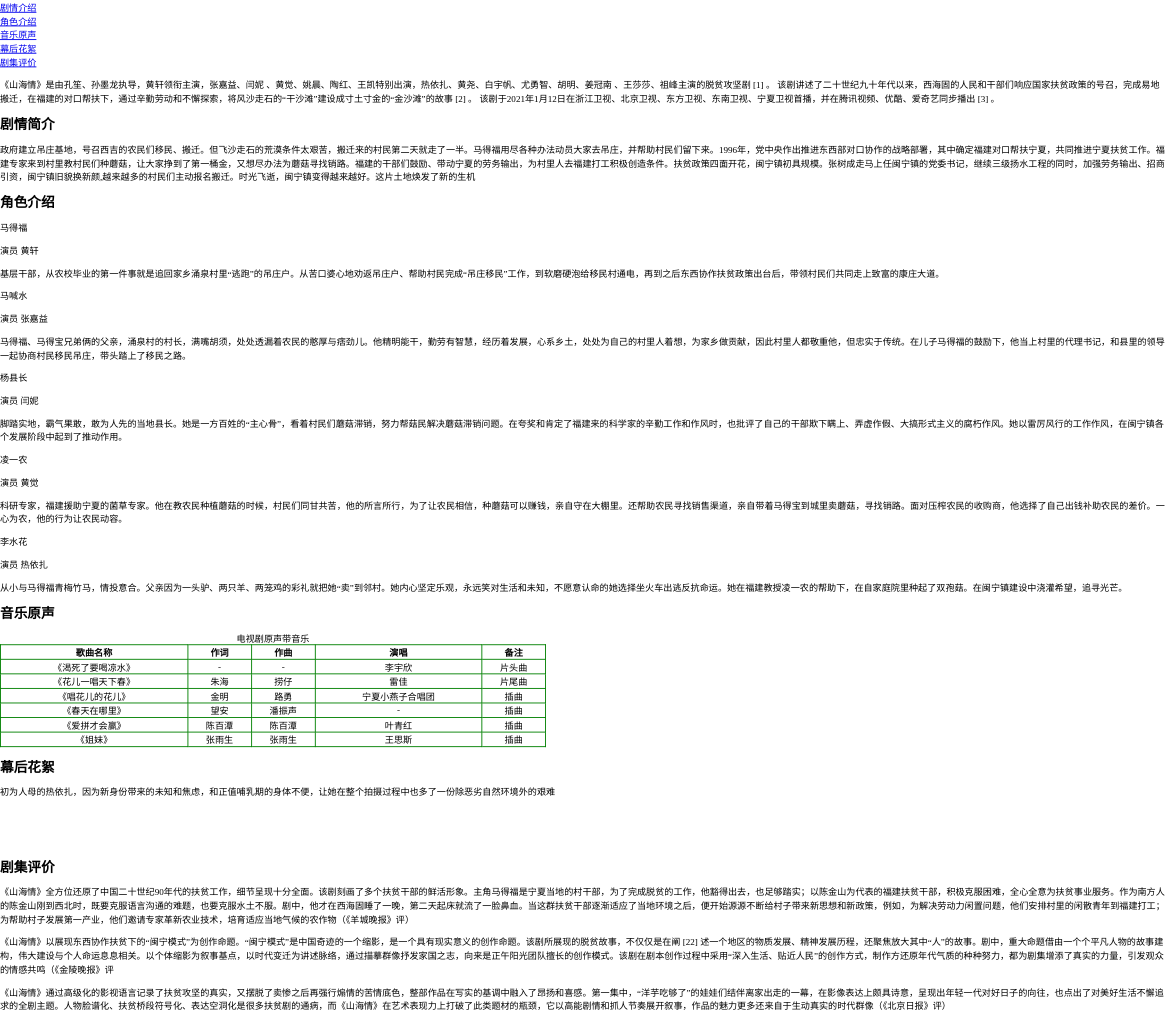
Repository: Lixianlai-2/static-website
Page: index.html
The author's editor kept a copy of each file at every save. The page is drawn from the files as they stood at one save, then again after the next save.
The browser window is 1280 px wide. The pictures show the whole page, at 91% of full size.

Above is the page before, as saved 2021-11-30 20:42:21.

### index.html
<!DOCTYPE html>
<html lang="zh-CN">
  <head>
    <meta charset="UTF-8" />
    <meta http-equiv="X-UA-Compatible" content="IE=edge" />
    <meta
      name="viewport"
      content="width=device-width, initial-scale=1.0"
      content="ie=edge"
    />
    <title>山海情</title>

    <style>
      * {
        margin: 0;
        padding: 0;
        box-sizing: border-box;
      }

      body {
        font-size: 10px;
      }
      h2,
      div,
      p {
        margin: 10px 0;
      }

      img {
        max-width: 100%;
      }

      table {
        text-align: center;
        max-width: 100%;
        width: 600px;
        table-layout: auto;
        border-collapse: collapse;
        border-spacing: 0;
      }

      th,
      td {
        border: 1px solid green;
      }
    </style>
  </head>
  <body>
    <nav>
      <ol>
        <li><a href="#Plot">剧情介绍</a></li>
        <li><a href="#Role">角色介绍</a></li>
        <li><a href="#Music">音乐原声</a></li>
        <li><a href="#Tidbits">幕后花絮</a></li>
        <li><a href="#Evaluation">剧集评价</a></li>
      </ol>
    </nav>

    <p>
      《山海情》是由孔笙、孙墨龙执导，黄轩领衔主演，张嘉益、闫妮
      、黄觉、姚晨、陶红、王凯特别出演，热依扎、黄尧、白宇帆、尤勇智、胡明、姜冠南
      、王莎莎、祖峰主演的脱贫攻坚剧 [1] 。
      该剧讲述了二十世纪九十年代以来，西海固的人民和干部们响应国家扶贫政策的号召，完成易地搬迁，在福建的对口帮扶下，通过辛勤劳动和不懈探索，将风沙走石的“干沙滩”建设成寸土寸金的“金沙滩”的故事
      [2] 。
      该剧于2021年1月12日在浙江卫视、北京卫视、东方卫视、东南卫视、宁夏卫视首播，并在腾讯视频、优酷、爱奇艺同步播出
      [3] 。
    </p>

    <h2 id="Plot">剧情简介</h2>
    <p>
      政府建立吊庄基地，号召西吉的农民们移民、搬迁。但飞沙走石的荒漠条件太艰苦，搬迁来的村民第二天就走了一半。马得福用尽各种办法动员大家去吊庄，并帮助村民们留下来。1996年，党中央作出推进东西部对口协作的战略部署，其中确定福建对口帮扶宁夏，共同推进宁夏扶贫工作。福建专家来到村里教村民们种蘑菇，让大家挣到了第一桶金，又想尽办法为蘑菇寻找销路。福建的干部们鼓励、带动宁夏的劳务输出，为村里人去福建打工积极创造条件。扶贫政策四面开花，闽宁镇初具规模。张树成走马上任闽宁镇的党委书记，继续三级扬水工程的同时，加强劳务输出、招商引资，闽宁镇旧貌换新颜,越来越多的村民们主动报名搬迁。时光飞逝，闽宁镇变得越来越好。这片土地焕发了新的生机
    </p>

    <h2 id="Role">角色介绍</h2>

    <ul>
      <li>
        <dl>
          <dt>
            <!-- div.role-name>span.item-value+div.role-actor>span.item-key+span.item-value -->
            <div class="role-name">
              <span class="item-value">马得福</span>
              <div class="role-actor">
                <span class="item-key">演员</span>
                <span class="item-value">黄轩</span>
              </div>
            </div>
          </dt>
          <dl>
            <p>
              基层干部，从农校毕业的第一件事就是追回家乡涌泉村里“逃跑”的吊庄户。从苦口婆心地劝返吊庄户、帮助村民完成“吊庄移民”工作，到软磨硬泡给移民村通电，再到之后东西协作扶贫政策出台后，带领村民们共同走上致富的康庄大道。
            </p>
          </dl>
        </dl>
      </li>
      <li>
        <dl>
          <dt>
            <div class="role-name">
              <span class="item-value">马喊水</span>
              <div class="role-actor">
                <span class="item-key">演员</span
                ><span class="item-value"> 张嘉益</span>
                <dl>
                  <p>
                    马得福、马得宝兄弟俩的父亲，涌泉村的村长，满嘴胡须，处处透漏着农民的憨厚与痞劲儿。他精明能干，勤劳有智慧，经历着发展，心系乡土，处处为自己的村里人着想，为家乡做贡献，因此村里人都敬重他，但忠实于传统。在儿子马得福的鼓励下，他当上村里的代理书记，和县里的领导一起协商村民移民吊庄，带头踏上了移民之路。
                  </p>
                </dl>
              </div>
            </div>
          </dt>
        </dl>
      </li>
      <li>
        <dl>
          <dt>
            <div class="role-name">
              <span class="item-value">杨县长</span>
              <div class="role-actor">
                <span class="item-key">演员</span>
                <span class="item-value">闫妮</span>
                <dl>
                  <p>
                    脚踏实地，霸气果敢，敢为人先的当地县长。她是一方百姓的“主心骨”，看着村民们蘑菇滞销，努力帮菇民解决蘑菇滞销问题。在夸奖和肯定了福建来的科学家的辛勤工作和作风时，也批评了自己的干部欺下瞒上、弄虚作假、大搞形式主义的腐朽作风。她以雷厉风行的工作作风，在闽宁镇各个发展阶段中起到了推动作用。
                  </p>
                </dl>
              </div>
            </div>
          </dt>
        </dl>
      </li>
      <li>
        <dl>
          <dt>
            <div class="role-name">
              <span class="item-value">凌一农</span>
              <div class="role-actor">
                <span class="item-key">演员</span>
                <span class="item-value">黄觉</span>
                <dl>
                  <p>
                    科研专家，福建援助宁夏的菌草专家。他在教农民种植蘑菇的时候，村民们同甘共苦，他的所言所行，为了让农民相信，种蘑菇可以赚钱，亲自守在大棚里。还帮助农民寻找销售渠道，亲自带着马得宝到城里卖蘑菇，寻找销路。面对压榨农民的收购商，他选择了自己出钱补助农民的差价。一心为农，他的行为让农民动容。
                  </p>
                </dl>
              </div>
            </div>
          </dt>
        </dl>
      </li>
      <li>
        <dl>
          <dt>
            <div class="role-name">
              <span class="item-value">李水花</span>
              <div class="role-actor">
                <span class="item-key">演员</span>
                <span class="item-value">热依扎</span>
                <dl>
                  <p>
                    从小与马得福青梅竹马，情投意合。父亲因为一头驴、两只羊、两笼鸡的彩礼就把她“卖”到邻村。她内心坚定乐观，永远笑对生活和未知，不愿意认命的她选择坐火车出逃反抗命运。她在福建教授凌一农的帮助下，在自家庭院里种起了双孢菇。在闽宁镇建设中浇灌希望，追寻光芒。
                  </p>
                </dl>
              </div>
            </div>
          </dt>
        </dl>
      </li>
    </ul>

    <!-- ul>(li>dl>dt>div.role-name>span.item-value+div.role-actor>span.item-key+span.item-value+dl)*5 -->
    <!-- div.role-name>span.item-value+div.role-actor>span.item-key+span.item-value -->

    <h2 id="Music">音乐原声</h2>
    <table>
      <caption>
        电视剧原声带音乐
      </caption>
      <thead>
        <tr>
          <th>歌曲名称</th>
          <th>作词</th>
          <th>作曲</th>
          <th>演唱</th>
          <th>备注</th>
        </tr>
      </thead>
      <tbody>
        <tr>
          <td>《渴死了要喝凉水》</td>
          <td>-</td>
          <td>-</td>
          <td>李宇欣</td>
          <td>片头曲</td>
        </tr>
        <tr>
          <td>《花儿一唱天下春》</td>
          <td>朱海</td>
          <td>捞仔</td>
          <td>雷佳</td>
          <td>片尾曲</td>
        </tr>
        <tr>
          <td>《唱花儿的花儿》</td>
          <td>金明</td>
          <td>路勇</td>
          <td>宁夏小燕子合唱团</td>
          <td>插曲</td>
        </tr>
        <tr>
          <td>《春天在哪里》</td>
          <td>望安</td>
          <td>潘振声</td>
          <td>-</td>
          <td>插曲</td>
        </tr>
        <tr>
          <td>《爱拼才会赢》</td>
          <td>陈百潭</td>
          <td>陈百潭</td>
          <td>叶青红</td>
          <td>插曲</td>
        </tr>
        <tr>
          <td>《姐妹》</td>
          <td>张雨生</td>
          <td>张雨生</td>
          <td>王思斯</td>
          <td>插曲</td>
        </tr>
      </tbody>
      <tfoot></tfoot>
    </table>

    <h2 id="Tidbits">幕后花絮</h2>
    <ul>
      <li>
        <p>
          初为人母的热依扎，因为新身份带来的未知和焦虑，和正值哺乳期的身体不便，让她在整个拍摄过程中也多了一份除恶劣自然环境外的艰难
        </p>
      </li>
      <li></li>
      <li></li>
      <li></li>
      <li></li>
    </ul>
    <h2 id="Evaluation">剧集评价</h2>
    <div>
      《山海情》全方位还原了中国二十世纪90年代的扶贫工作，细节呈现十分全面。该剧刻画了多个扶贫干部的鲜活形象。主角马得福是宁夏当地的村干部，为了完成脱贫的工作，他豁得出去，也足够踏实；以陈金山为代表的福建扶贫干部，积极克服困难，全心全意为扶贫事业服务。作为南方人的陈金山刚到西北时，既要克服语言沟通的难题，也要克服水土不服。剧中，他才在西海固睡了一晚，第二天起床就流了一脸鼻血。当这群扶贫干部逐渐适应了当地环境之后，便开始源源不断给村子带来新思想和新政策，例如，为解决劳动力闲置问题，他们安排村里的闲散青年到福建打工；为帮助村子发展第一产业，他们邀请专家革新农业技术，培育适应当地气候的农作物（《羊城晚报》评）
    </div>
    <div>
      《山海情》以展现东西协作扶贫下的“闽宁模式”为创作命题。“闽宁模式”是中国奇迹的一个缩影，是一个具有现实意义的创作命题。该剧所展现的脱贫故事，不仅仅是在阐
      [22]
      述一个地区的物质发展、精神发展历程，还聚焦放大其中“人”的故事。剧中，重大命题借由一个个平凡人物的故事建构，伟大建设与个人命运息息相关。以个体缩影为叙事基点，以时代变迁为讲述脉络，通过描摹群像抒发家国之志，向来是正午阳光团队擅长的创作模式。该剧在剧本创作过程中采用“深入生活、贴近人民”的创作方式，制作方还原年代气质的种种努力，都为剧集增添了真实的力量，引发观众的情感共鸣（《金陵晚报》评
    </div>
    <div>
      《山海情》通过高级化的影视语言记录了扶贫攻坚的真实，又摆脱了卖惨之后再强行煽情的苦情底色，整部作品在写实的基调中融入了昂扬和喜感。第一集中，“洋芋吃够了”的娃娃们结伴离家出走的一幕，在影像表达上颇具诗意，呈现出年轻一代对好日子的向往，也点出了对美好生活不懈追求的全剧主题。人物脸谱化、扶贫桥段符号化、表达空洞化是很多扶贫剧的通病，而《山海情》在艺术表现力上打破了此类题材的瓶颈，它以高能剧情和抓人节奏展开叙事，作品的魅力更多还来自于生动真实的时代群像（《北京日报》评）
    </div>
  </body>
</html>

After the next save:
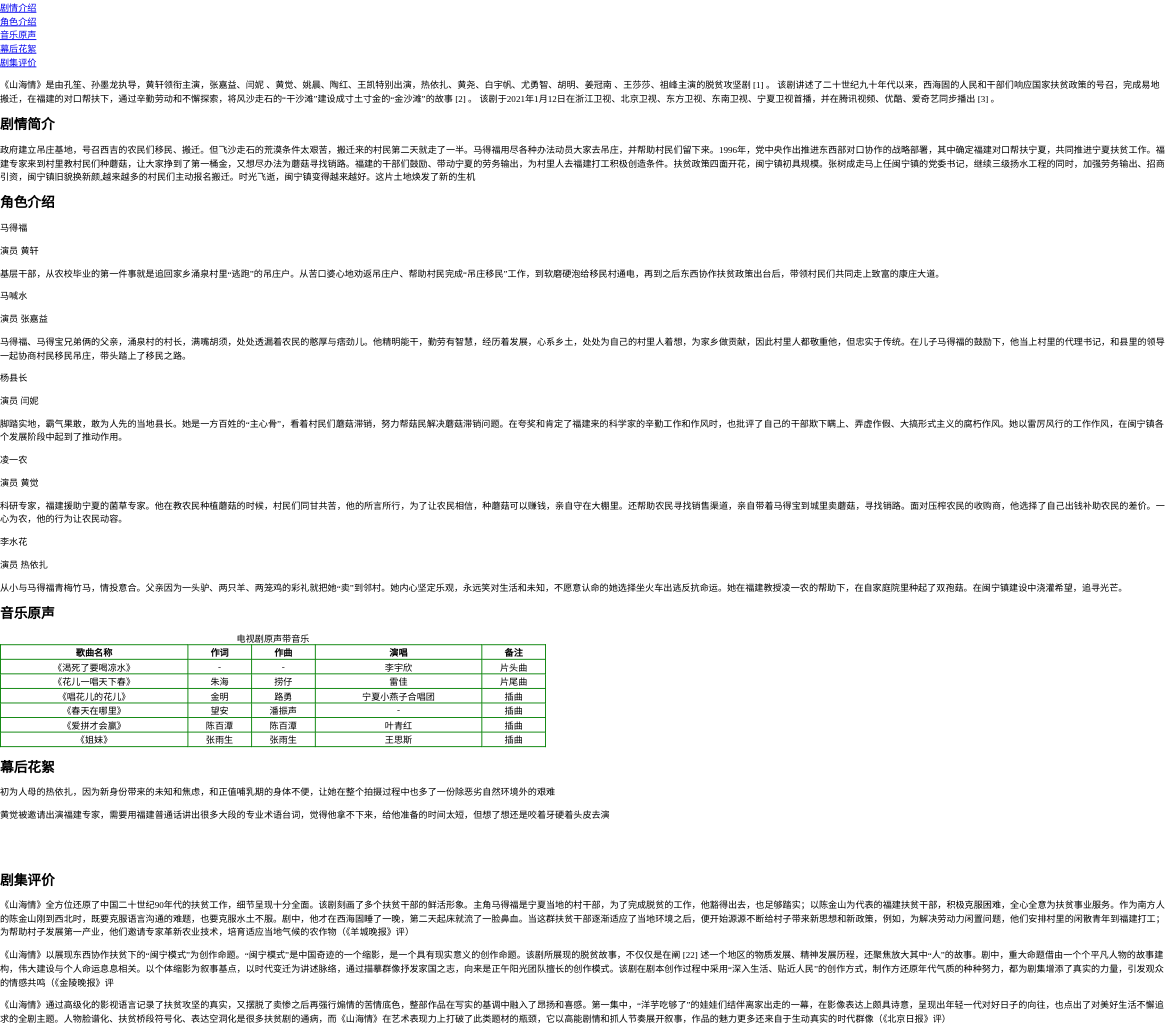
Saved 82 s later.
--- a/index.html
+++ b/index.html
@@ -238,7 +238,11 @@
           初为人母的热依扎，因为新身份带来的未知和焦虑，和正值哺乳期的身体不便，让她在整个拍摄过程中也多了一份除恶劣自然环境外的艰难
         </p>
       </li>
-      <li></li>
+      <li>
+        <p>
+          黄觉被邀请出演福建专家，需要用福建普通话讲出很多大段的专业术语台词，觉得他拿不下来，给他准备的时间太短，但想了想还是咬着牙硬着头皮去演
+        </p>
+      </li>
       <li></li>
       <li></li>
       <li></li>
